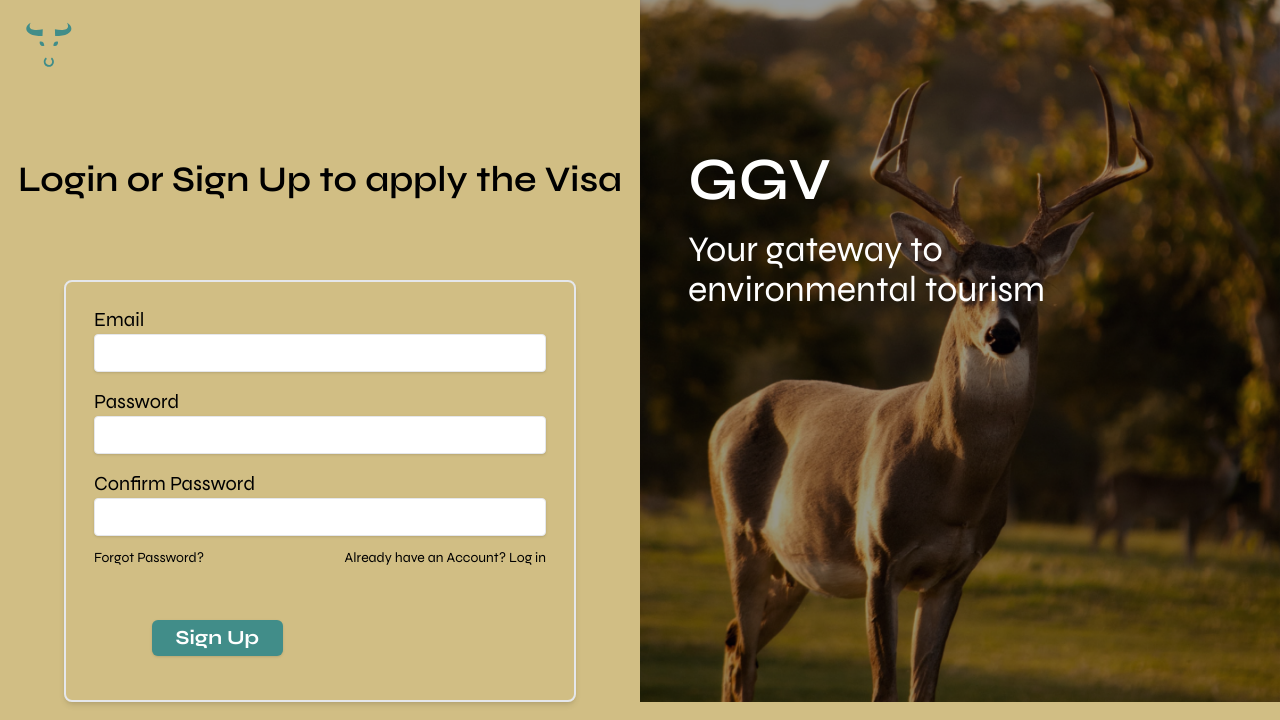
Repository: EngrAhmadUmar/landing-page
Page: /register
The author's editor kept a copy of each file at every save. The page is drawn from the files as they stood at one save, then again after the next save.
The browser window is 1280 px wide. The pictures show the whole page.
The project was rebuilt for these pictures with package versions that can differ from the ones it lists, and the page was loaded fresh each time. The framework's server and built-in components were replaced by stand-ins that run in the browser. Also part of the build but not shown: next.config.js, styles/Home.module.css, src/Components/ApplyPageComponents/ApplyForm.jsx, src/Components/ApplyPageComponents/LoginForm.jsx.

Above is the page before, as saved 2022-07-06 11:42:52.

### pages/_app.js
import "../styles/globals.css";
import { ApolloClient, InMemoryCache, ApolloProvider } from "@apollo/client";

//apollo clients
const client = new ApolloClient({
  uri: "http://localhost:1337/graphql",
  cache: new InMemoryCache()
});

function MyApp({ Component, pageProps }) {
  return (
    <ApolloProvider client={client}>
      <Component {...pageProps} />
    </ApolloProvider>
  );
}

export default MyApp;

### pages/register.js
import React from "react";
import { RegisterForm } from "../src/Components/ApplyPageComponents/Index";

export default function Login() {
  return (
    <React.Fragment>
      <div className="bg-[#d1be84] h-[100vh]">
        <RegisterForm />
      </div>
    </React.Fragment>
  );
}

### pages/api/checkout_sessions.js
const stripe = require("stripe")(process.env.STRIPE_SECRET_KEY);

export default async function handler(req, res) {
  if (req.method === "POST") {
    try {
      const sgMail = require("@sendgrid/mail");
      sgMail.setApiKey(process.env.SENDGRID_API_KEY);
      const message = {
        to: "zcaptain65@gmail.com",
        from: "zcaptain2002@gmail.com",
        // subject: "Scenario 44",
        // text: "Lift and coast where possible",
        templateId: "d-f408be01db99489cbd757d4607cf23f2",
        dynamicTemplateData: {
          subject: "GGV Test Email",
        },
        // html: "<h1>Success</h1> <p>We received your purchase request;<br/> we'll be in touch shortly!</p>",
      };

      sgMail
        .send(message)
        .then((response) => console.log("Email Sent"))
        .catch((error) => console.log(error.message));
      // Create Checkout Sessions from body params.
      const session = await stripe.checkout.sessions.create({
        line_items: [
          {
            // Provide the exact Price ID (for example, pr_1234) of the product you want to sell
            price: "price_1LG6qaFQPGmzrn5tDKjmnos3",
            quantity: 1,
          },
        ],
        mode: "payment",

        success_url: `${req.headers.origin}/payments/?success=true`,
        cancel_url: `${req.headers.origin}/payments/?canceled=true`,
      });
      res.redirect(303, session.url);
    } catch (err) {
      res.status(err.statusCode || 500).json(err.message);
    }
  } else {
    res.setHeader("Allow", "POST");
    res.status(405).end("Method Not Allowed");
  }
}

### styles/globals.css
@import url("https://fonts.googleapis.com/css2?family=Poppins:wght@400;500;600&family=Syne:wght@400;500;600;700&display=swap");

@tailwind base;
@tailwind components;
@tailwind utilities;

### src/Components/ApplyPageComponents/Index.jsx
export { default as ApplyForm } from "./ApplyForm";
export { default as LoginForm } from "./LoginForm";
export { default as RegisterForm } from "./RegisterForm";

### src/Components/ApplyPageComponents/RegisterForm.jsx
import { gql, useMutation } from "@apollo/client";
import Head from "next/head";
import Image from "next/image";
import Link from "next/link";
import { useState, useRef } from "react";
import styles from "../../../styles/Home.module.css";

const reg = gql`
  mutation joinUs($username: String!, $email: String!, $password: String!) {
    register(input: { email: $email, password: $password }) {
      jwt
      user {
        id
        email
      }
    }
  }
`;

const JoinUs = () => {
  const emailInputRef = useRef();
  const passwordInputRef = useRef();
  const confirmPasswordInputRef = useRef();

  const [email, setEmail] = useState("");
  const onChangeEmail = (e) => {
    setEmail(e.target.value);
  };
  const [password, setPassword] = useState("");
  const onChangePassword = (e) => {
    setPassword(e.target.value);
  };

  const [confirmPassowrd, setConfirmPassword] = useState("");
  const confirmPasswordChangeHandler = (event) => {
    setConfirmPassword(event.target.value);
  };
  const [joinUs, { data, loading, error }] = useMutation(reg, {
    variables: {
      email: email,
      password: password
    }
  });

  const onSubmit = (e) => {
    e.preventDefault();
    if (email === "" || password === "") {
      return alert("please fill in all fields");
    }

    // check if the password match
    if (
      passwordInputRef.current.value != confirmPasswordInputRef.current.value
    ) {
      return alert("Passwords must match");
    }
    joinUs(password, email);

    setEmail("");
    setPassword("");
    setConfirmPassword("");
  };

  return (
    <div className=" font-syne " id="joinUs">
      <Head>
        <title>Welcome to GGV</title>
        <meta name="description" content="Join Our Family" />
      </Head>
      <div className="font-syne bg-[#d1be84] bg-cover grid grid-col-1 md:grid-cols-2 2xl:h-[100vh]">
        <div className="">
          <div className="w-[50px] h-40 pt-5 ml-6">
            <Image
              src="/logo.svg"
              layout="responsive"
              width={5}
              height={5}
              opacity={100}
            />
          </div>
          <h3
            className={`${
              styles.headings
            }  ${"text-center text-3xl md:text-4xl mb-5 font-semibold"}`}
          >
            Login or Sign Up to apply the Visa
          </h3>
          <form
            onSubmit={onSubmit}
            className="shadow-md rounded-lg px-7 pt-6 pb-8 mt-[5rem] lg:mx-12 xl:mx-auto border-gray border-2 font-Syne md:max-w-lg"
          >
            <div className="mb-4">
              <label className="text-lg md:text-xl">Email</label>
              <input
                type="email"
                ref={emailInputRef}
                value={email}
                onChange={onChangeEmail}
                placeholder=""
                className="shadow appearance-none border rounded w-full py-2 px-3 text-gray-700 leading-tight focus:outline-none focus:shadow-outline"
              />
            </div>
            <div className="mb-4">
              <label className="text-lg md:text-xl">Password</label>
              <input
                type="password"
                ref={passwordInputRef}
                value={password}
                onChange={onChangePassword}
                placeholder=""
                className="shadow appearance-none border rounded w-full py-2 px-3 text-gray-700 leading-tight focus:outline-none focus:shadow-outline"
              />
            </div>
            <div className="">
              <label className="text-lg md:text-xl">Confirm Password</label>
              <input
                type="password"
                ref={confirmPasswordInputRef}
                value={confirmPassowrd}
                onChange={confirmPasswordChangeHandler}
                placeholder=""
                className="shadow appearance-none border rounded w-full py-2 px-3 text-gray-700 leading-tight focus:outline-none focus:shadow-outline"
              />
            </div>

            <div className="text-sm flex items-center justify-between mt-3  cursor-pointer">
              <h3 className="hover:text-green">Forgot Password?</h3>
              <Link href="/login">
                <h3 className="hover:text-green">
                  Already have an Account? Log in
                </h3>
              </Link>
            </div>
            <div className="mt-5 ml-[8vh]">
              <button
                className="shadow focus:shadow-outline focus:outline-none text-white font-bold py-1 px-6 md:text-xl bg-[#418d89] rounded-md mt-8 mb-3"
                onClick={onSubmit}
              >
                Sign Up
              </button>
            </div>
          </form>
        </div>

        <div className="md:flex hidden text-white bg-[url('/apply_for_visa_bg.png')]  bg-cover bg-no-repeat sm:bg-center md:bg-bottom lg:bg-bottom xl:bg-bottom 2xl:center">
          <div className="mt-[50px] md:mt-[150px] mx-4 md:mx-12">
            <h3 className="  text-4xl md:text-5xl lg:text-6xl font-semibold">
              GGV
            </h3>
            <p className="max-w-md md:max-w-xl text-2xl md:text-4xl mt-5">
              Your gateway to <br></br>environmental tourism
            </p>
          </div>
          <div></div>
        </div>
      </div>
      <>
        {data && (
          <div>
            <h1>Token: {data.register?.jwt}</h1>
            <span>UserID: {data.register.user?.id} </span>
            <span>UserEmail: {data.register.user?.email} </span>
          </div>
        )}
      </>
    </div>
  );
};

export default JoinUs;

### tailwind.config.js
/** @type {import('tailwindcss').Config} */
module.exports = {
  content: [
    "./pages/**/*.{js,ts,jsx,tsx}",
    "./components/**/*.{js,ts,jsx,tsx}",
    "./src/Components/**/*.{js,ts,jsx,tsx}"
  ],
  theme: {
    extend: {
      colors: {
        black: "#000107",
        green: "#418D89"
      },
      fontFamily: {
        syne: ["Syne"]
      }
    }
  },
  plugins: []
};

Loaded but not shown: pages/api/email.js (no copy from this time; the picture is the same without it)

After the next save:
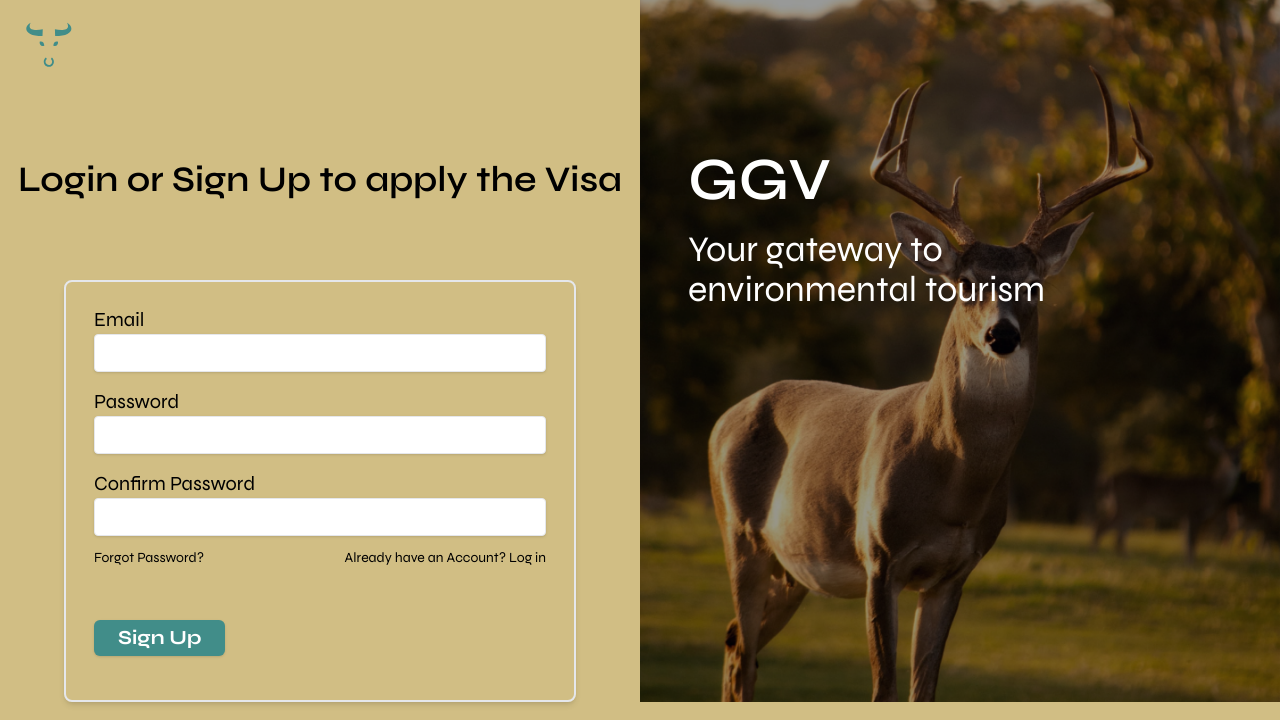
Saved 28 s later.
--- a/src/Components/ApplyPageComponents/RegisterForm.jsx
+++ b/src/Components/ApplyPageComponents/RegisterForm.jsx
@@ -131,7 +131,7 @@ const JoinUs = () => {
                 </h3>
               </Link>
             </div>
-            <div className="mt-5 ml-[8vh]">
+            <div className="mt-5 flex items-center">
               <button
                 className="shadow focus:shadow-outline focus:outline-none text-white font-bold py-1 px-6 md:text-xl bg-[#418d89] rounded-md mt-8 mb-3"
                 onClick={onSubmit}
